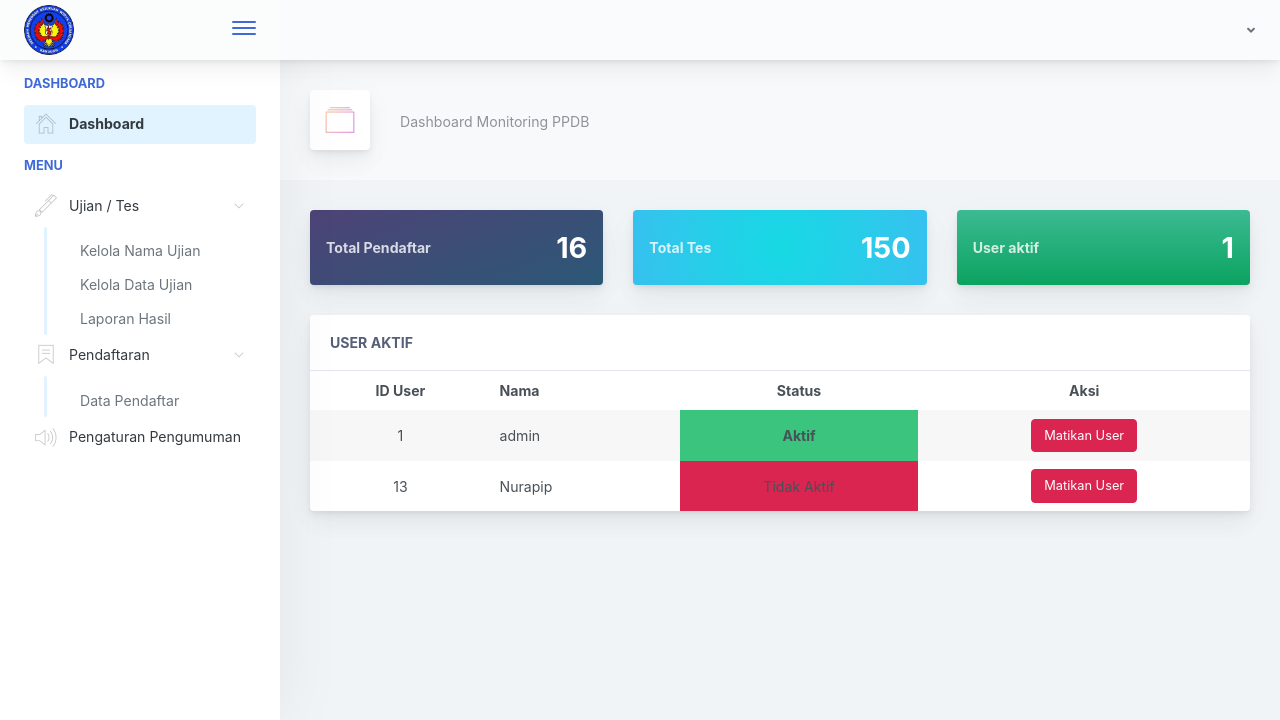
Repository: nooravipp-ux/ppdb-v-2
Page: http://localhost/home
An editor plug-in stored every save of this project. The page is shown before and after the next save, followed by the edit.
The browser window is 1280 px wide. The pictures show the whole page.
The page is served by the project's Laravel application, run on PHP 8.4 with Laravel 8. The first stored user is signed in. The database holds what the project's SQL file puts in it.

Above is the page before, as saved 2021-08-27 13:46:33.
Console error: TypeError: Cannot read properties of undefined (reading 'disp')

After the next save:
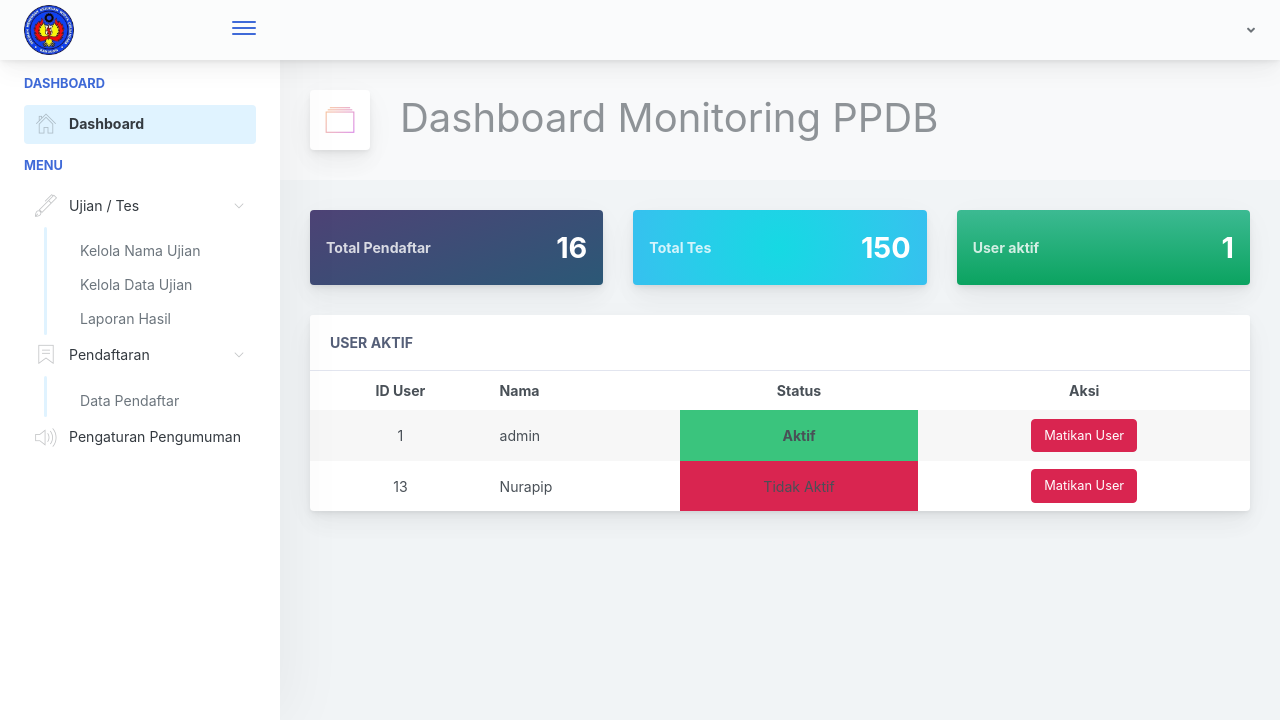
Saved 12 s later.
--- a/resources/views/home.blade.php
+++ b/resources/views/home.blade.php
@@ -10,7 +10,10 @@
                 </i>
             </div>
             <div>
-                <div class="page-title-subheading">Dashboard Monitoring PPDB
+                <div class="page-title-subheading">
+                    <h1>
+                        Dashboard Monitoring PPDB
+                    </h1>
                 </div>
             </div>
         </div>
